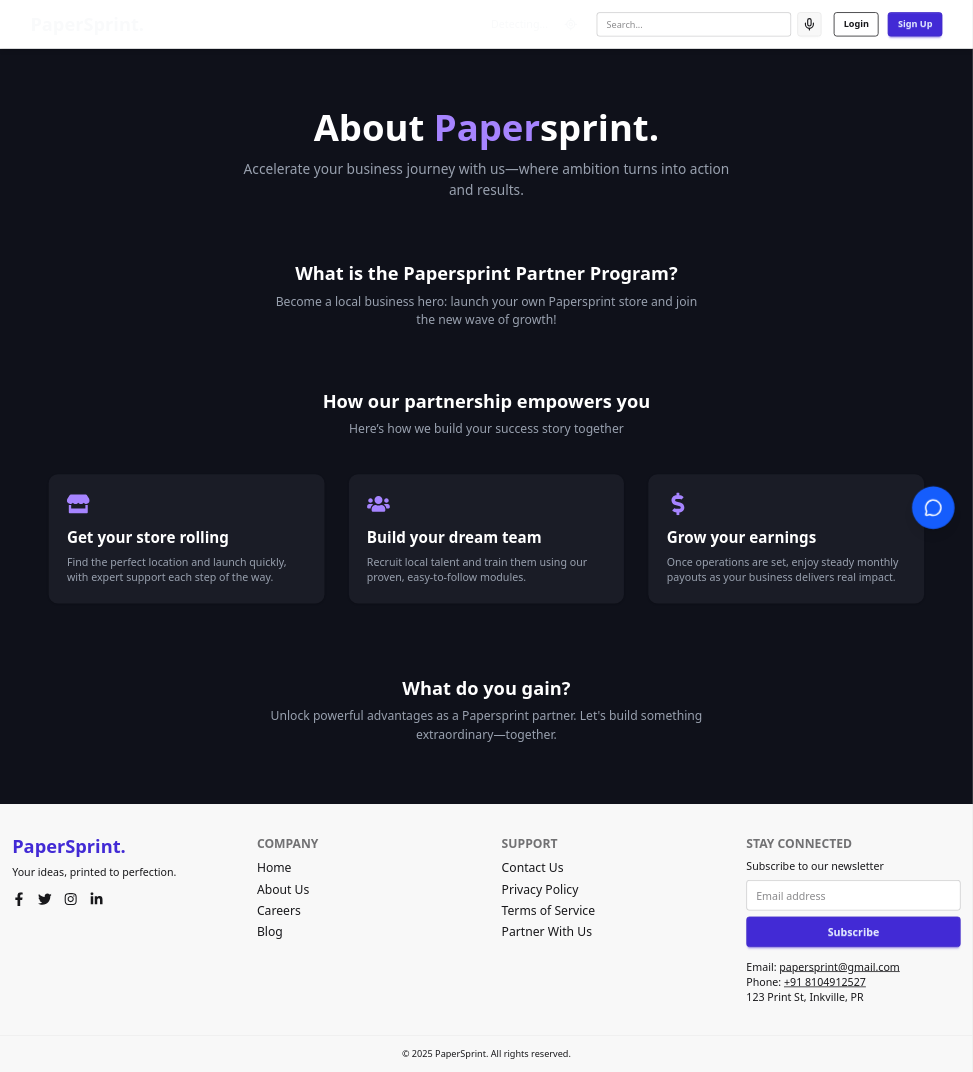
Repository: rakheOmar/print-sprint-2.0
Page: /about-us (app in client/)
The author's editor kept a copy of each file at every save. The page is drawn from the files as they stood at one save, then again after the next save.
The browser window is 1280 px wide. The pictures show the whole page, at 76% of full size.
The page's requests for data from a server got no answer. The project was rebuilt for these pictures with package versions that can differ from the ones it lists, and the page was loaded fresh each time. Some packages were replaced by stand-ins written for this rebuild. No one was signed in, and anything a server would have sent is missing. Also part of the build but not shown: client/vite.config.js, client/src/components/LoginPage.jsx, client/src/components/SignUpPage.jsx, client/src/components/AuthModal.jsx, client/src/components/PartnerWithUs.jsx, client/src/components/DocumentSubmit.jsx, client/src/components/PaymentButton.jsx, client/src/components/Cart.jsx and 5 more.

Above is the page before, as saved 2025-07-25 01:54:30.

### client/src/main.jsx
import { StrictMode } from 'react'
import { createRoot } from 'react-dom/client'
import { AuthProvider } from './context/AuthContext.jsx'
import './index.css'
import App from './App.jsx'
import ChatBotWidget from './components/ChatBotWidget';
import { BrowserRouter } from 'react-router-dom'
import 'leaflet/dist/leaflet.css';

createRoot(document.getElementById('root')).render(
  <StrictMode>
    <BrowserRouter>
      <AuthProvider>
        <App />
        <ChatBotWidget />
      </AuthProvider>
    </BrowserRouter>
  </StrictMode>,
)

### client/src/context/AuthContext.jsx
import { createContext, useContext, useEffect, useState } from "react";

export const AuthContext = createContext();

export const AuthProvider = ({ children }) => {
  const [user, setUser] = useState(null);

  const loadUserFromToken = async () => {
    const token = localStorage.getItem("token");
    if (!token) return;

    try {
      const res = await fetch(`${import.meta.env.VITE_API_BASE_URL}/users/current-user`, {
        headers: {
          Authorization: `Bearer ${token}`,
        },
      });

      const data = await res.json();
      if (data.success) {
        setUser(data.data);
      }
    } catch (err) {
      console.error("Failed to load user", err);
    }
  };

  useEffect(() => {
    loadUserFromToken();
  }, []);

  // ✅ Logout helper
  const logout = () => {
    localStorage.removeItem("token");
    setUser(null);
  };

  return (
    <AuthContext.Provider value={{ user, setUser, logout }}>
      {children}
    </AuthContext.Provider>
  );
};

// ✅ Custom hook
export const useAuth = () => useContext(AuthContext);

### client/src/index.css
@import "tailwindcss";
@plugin "daisyui";

body, html, #root {
  margin: 0;
  padding: 0;
  width: 100%;
  height: 100%;
}

.typing-text {
  display: inline-block;
  overflow: hidden;
  white-space: nowrap;
  vertical-align: baseline;
  animation: typing 2s steps(24, end) forwards;
  max-width: 23ch;
}

@keyframes typing {
  from {
    width: 0;
    opacity: 0;
  }
  to {
    width: 100%;
    opacity: 1;
  }
}

@keyframes fadeInDown {
  from {
    opacity: 0;
    transform: translateY(-20px);
  }
  to {
    opacity: 1;
    transform: translateY(0);
  }
}

### client/src/App.jsx
import React from 'react';
import { Routes, Route, useLocation } from 'react-router-dom';

import Navbar from './components/Navbar.jsx';
import PartnerWithUsPage from './components/PartnerWithUs.jsx';
import PrintingPage from './components/DocumentSubmit.jsx';
import CartPage from './components/Cart.jsx';
import HeroSection from './components/Herosection.jsx';
import Card from './components/Card.jsx';
import Footer from './components/Footer.jsx';
import UserDashboard from './components/OrderDashboard.jsx';
import CourierDashboard from './components/CourierDashboard.jsx';
import ProfilePage from './components/Profile.jsx';
import PaymentButton from './components/PaymentButton.jsx';
import AboutUs from './components/AboutUs.jsx';


import './App.css';

const App = () => {
  const location = useLocation();
  const noNavbarPaths = ['/signup'];
  const shouldShowNavbar = !noNavbarPaths.includes(location.pathname);

  return (
    <div className="flex flex-col min-h-screen">
      {shouldShowNavbar && <Navbar />}

      <main className="flex-grow">
        <Routes>
          <Route path="/" element={<><HeroSection /><Card /></>} />
          <Route path="/print-section" element={<PrintingPage />} />
          <Route path="/cart" element={<CartPage />} />
          <Route path="/partner-with-us" element={<PartnerWithUsPage />} />
          <Route path="/order-dashboard" element={<UserDashboard />} />
          <Route path="/profile" element={<ProfilePage />} />
          <Route path="/payment" element={<PaymentButton amount={199} />} />
          <Route path="/courier-dashboard" element={<><Navbar /><CourierDashboard /><Footer /></>} />
          <Route path="/about-us" element={<AboutUs />} />
        </Routes>
      </main>

      <Footer />
    </div>
  );
};

export default App;

### client/src/components/Footer.jsx
import React, { useRef, useState } from "react";
import { FaFacebookF, FaTwitter, FaInstagram, FaLinkedinIn } from "react-icons/fa";
import emailjs from "emailjs-com";

const Footer = () => {
  const currentYear = new Date().getFullYear();
  const form = useRef();
  const [success, setSuccess] = useState(false);

  const sendEmail = (e) => {
    e.preventDefault();

    emailjs.sendForm(
      'YOUR_SERVICE_ID',     // e.g. 'service_xxxxxx'
      'template_xj6aa4b',    // e.g. 'template_abc123'
      form.current,
      'YOUR_PUBLIC_KEY'      // e.g. 'n4ZsxxxxxxxAbCdE'
    ).then(
      (result) => {
        console.log(result.text);
        setSuccess(true);
        form.current.reset();
      },
      (error) => {
        console.error(error.text);
        setSuccess(false);
      }
    );
  };

  return (
    <footer className="bg-base-200 text-base-content">
      <div className="max-w-7xl mx-auto px-4 py-10 grid grid-cols-1 md:grid-cols-4 gap-10">

        {/* Brand + Social */}
        <div>
          <h2 className="text-2xl font-bold text-primary">PaperSprint.</h2>
          <p className="mt-2 text-sm">Your ideas, printed to perfection.</p>
          <div className="flex space-x-4 mt-4 text-lg">
            <a href="https://facebook.com" target="_blank" rel="noreferrer" aria-label="Facebook"><FaFacebookF /></a>
            <a href="https://twitter.com" target="_blank" rel="noreferrer" aria-label="Twitter"><FaTwitter /></a>
            <a href="https://instagram.com" target="_blank" rel="noreferrer" aria-label="Instagram"><FaInstagram /></a>
            <a href="https://linkedin.com" target="_blank" rel="noreferrer" aria-label="LinkedIn"><FaLinkedinIn /></a>
          </div>
        </div>

        {/* Company Links */}
        <div>
          <h3 className="footer-title">Company</h3>
          <ul className="space-y-1">
            <li><a className="link link-hover" href="/">Home</a></li>
            <li><a className="link link-hover" href="/about-us">About Us</a></li>
            <li><a className="link link-hover" href="/careers">Careers</a></li>
            <li><a className="link link-hover" href="/blog">Blog</a></li>
          </ul>
        </div>

        {/* Support Links */}
        <div>
          <h3 className="footer-title">Support</h3>
          <ul className="space-y-1">
            <li><a className="link link-hover" href="/contact">Contact Us</a></li>
            <li><a className="link link-hover" href="/privacy-policy">Privacy Policy</a></li>
            <li><a className="link link-hover" href="/terms-of-service">Terms of Service</a></li>
            <li><a className="link link-hover" href="/partner-with-us">Partner With Us</a></li>
          </ul>
        </div>

        {/* Newsletter Form */}
        <div>
          <h3 className="footer-title">Stay Connected</h3>
          <p className="text-sm mb-2">Subscribe to our newsletter</p>
          <form ref={form} onSubmit={sendEmail} className="form-control">
            <input type="email" name="user_email" placeholder="Email address" className="input input-bordered mb-2" required />
            <button type="submit" className="btn btn-primary w-full">Subscribe</button>
          </form>
          {success && <p className="text-green-400 text-sm mt-2">Thank you for subscribing!</p>}
          <div className="mt-4 text-sm">
            <p>Email: <a href="mailto:papersprint@gmail.com" className="link">papersprint@gmail.com</a></p>
            <p>Phone: <a href="tel:+918104912527" className="link">+91 8104912527</a></p>
            <p>123 Print St, Inkville, PR</p>
          </div>
        </div>
      </div>

      {/* Footer Bottom */}
      <div className="text-center text-xs py-4 border-t border-base-300">
        © {currentYear} PaperSprint. All rights reserved.
      </div>
    </footer>
  );
};

export default Footer;

### client/src/components/AboutUs.jsx
import React from 'react';
import { FaStore, FaUsers, FaDollarSign } from 'react-icons/fa';

const AboutUs = () => {
  return (
    <div className="bg-[#0f111a] text-white min-h-screen px-6 py-20">
      <div className="max-w-6xl mx-auto text-center">

        {/* Heading */}
        <h1 className="text-4xl md:text-5xl font-bold">
          About <span className="text-violet-400">Paper</span><span className="text-white">sprint.</span>
        </h1>
        <p className="text-gray-400 mt-4 text-lg max-w-2xl mx-auto">
          Accelerate your business journey with us—where ambition turns into action and results.
        </p>

        {/* Section 1 */}
        <div className="mt-20">
          <h2 className="text-2xl font-semibold">What is the Papersprint Partner Program?</h2>
          <p className="mt-2 text-gray-400 max-w-xl mx-auto">
            Become a local business hero: launch your own Papersprint store and join the new wave of growth!
          </p>
        </div>

        {/* Section 2: Benefits */}
        <div className="mt-20">
          <h2 className="text-2xl font-semibold">How our partnership empowers you</h2>
          <p className="mt-2 text-gray-400">Here’s how we build your success story together</p>

          <div className="grid grid-cols-1 md:grid-cols-3 gap-8 mt-12 text-left">
            {/* Card 1 */}
            <div className="bg-[#1a1c26] p-6 rounded-xl shadow hover:shadow-violet-500/30 transition-all">
              <FaStore className="text-violet-400 text-3xl mb-4" />
              <h3 className="text-xl font-semibold">Get your store rolling</h3>
              <p className="text-gray-400 mt-2 text-sm">
                Find the perfect location and launch quickly, with expert support each step of the way.
              </p>
            </div>

            {/* Card 2 */}
            <div className="bg-[#1a1c26] p-6 rounded-xl shadow hover:shadow-violet-500/30 transition-all">
              <FaUsers className="text-violet-400 text-3xl mb-4" />
              <h3 className="text-xl font-semibold">Build your dream team</h3>
              <p className="text-gray-400 mt-2 text-sm">
                Recruit local talent and train them using our proven, easy-to-follow modules.
              </p>
            </div>

            {/* Card 3 */}
            <div className="bg-[#1a1c26] p-6 rounded-xl shadow hover:shadow-violet-500/30 transition-all">
              <FaDollarSign className="text-violet-400 text-3xl mb-4" />
              <h3 className="text-xl font-semibold">Grow your earnings</h3>
              <p className="text-gray-400 mt-2 text-sm">
                Once operations are set, enjoy steady monthly payouts as your business delivers real impact.
              </p>
            </div>
          </div>
        </div>

        {/* Section 3: Call to action */}
        <div className="mt-24">
          <h2 className="text-2xl font-semibold">What do you gain?</h2>
          <p className="text-gray-400 mt-2 max-w-xl mx-auto">
            Unlock powerful advantages as a Papersprint partner. Let's build something extraordinary—together.
          </p>
        </div>

      </div>
    </div>
  );
};

export default AboutUs;

### client/src/App.css
@import "tailwindcss";
@plugin "daisyui";

body, html, #root {
  margin: 0;
  padding: 0;
  width: 100%;
  height: 100%;
}

Loaded but not shown: client/index.html (common file); client/src/components/Navbar.jsx (209 lines, source omitted); client/src/components/ChatBotWidget.jsx (175 lines, source omitted)

After the next save:
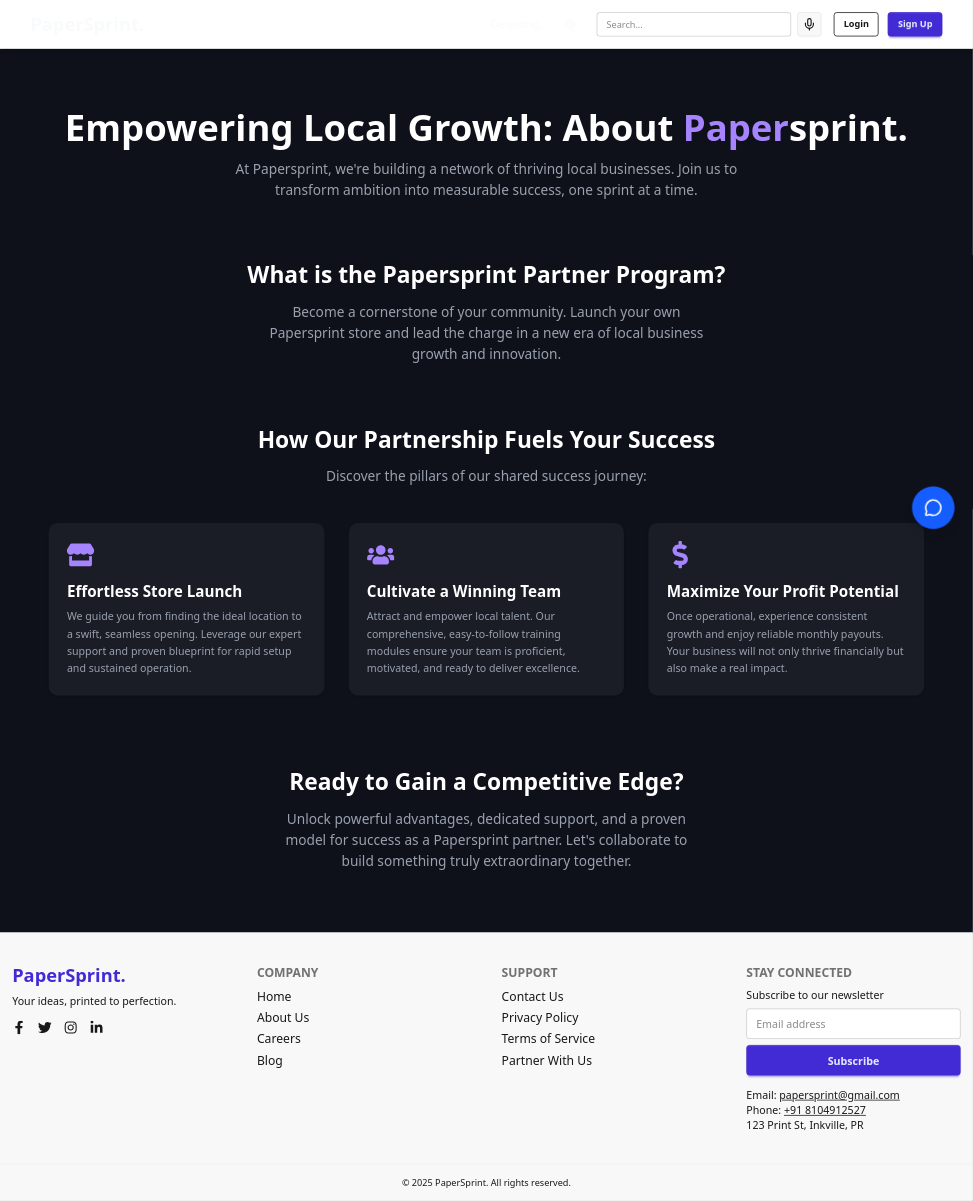
Saved 50 s later.
--- a/client/src/components/AboutUs.jsx
+++ b/client/src/components/AboutUs.jsx
@@ -8,50 +8,50 @@ const AboutUs = () => {
 
         {/* Heading */}
         <h1 className="text-4xl md:text-5xl font-bold">
-          About <span className="text-violet-400">Paper</span><span className="text-white">sprint.</span>
+          Empowering Local Growth: About <span className="text-violet-400">Paper</span><span className="text-white">sprint.</span>
         </h1>
         <p className="text-gray-400 mt-4 text-lg max-w-2xl mx-auto">
-          Accelerate your business journey with us—where ambition turns into action and results.
+          At Papersprint, we're building a network of thriving local businesses. Join us to transform ambition into measurable success, one sprint at a time.
         </p>
 
         {/* Section 1 */}
         <div className="mt-20">
-          <h2 className="text-2xl font-semibold">What is the Papersprint Partner Program?</h2>
-          <p className="mt-2 text-gray-400 max-w-xl mx-auto">
-            Become a local business hero: launch your own Papersprint store and join the new wave of growth!
+          <h2 className="text-3xl font-bold">What is the Papersprint Partner Program?</h2>
+          <p className="mt-4 text-gray-400 max-w-xl mx-auto text-lg">
+            Become a cornerstone of your community. Launch your own Papersprint store and lead the charge in a new era of local business growth and innovation.
           </p>
         </div>
 
         {/* Section 2: Benefits */}
         <div className="mt-20">
-          <h2 className="text-2xl font-semibold">How our partnership empowers you</h2>
-          <p className="mt-2 text-gray-400">Here’s how we build your success story together</p>
+          <h2 className="text-3xl font-bold">How Our Partnership Fuels Your Success</h2>
+          <p className="mt-4 text-gray-400 text-lg">Discover the pillars of our shared success journey:</p>
 
           <div className="grid grid-cols-1 md:grid-cols-3 gap-8 mt-12 text-left">
             {/* Card 1 */}
-            <div className="bg-[#1a1c26] p-6 rounded-xl shadow hover:shadow-violet-500/30 transition-all">
-              <FaStore className="text-violet-400 text-3xl mb-4" />
-              <h3 className="text-xl font-semibold">Get your store rolling</h3>
-              <p className="text-gray-400 mt-2 text-sm">
-                Find the perfect location and launch quickly, with expert support each step of the way.
+            <div className="bg-[#1a1c26] p-6 rounded-xl shadow hover:shadow-violet-500/30 transition-all duration-300">
+              <FaStore className="text-violet-400 text-4xl mb-4" /> {/* Slightly larger icon */}
+              <h3 className="text-xl font-semibold mb-2">Effortless Store Launch</h3>
+              <p className="text-gray-400 text-sm leading-relaxed">
+                We guide you from finding the ideal location to a swift, seamless opening. Leverage our expert support and proven blueprint for rapid setup and sustained operation.
               </p>
             </div>
 
             {/* Card 2 */}
-            <div className="bg-[#1a1c26] p-6 rounded-xl shadow hover:shadow-violet-500/30 transition-all">
-              <FaUsers className="text-violet-400 text-3xl mb-4" />
-              <h3 className="text-xl font-semibold">Build your dream team</h3>
-              <p className="text-gray-400 mt-2 text-sm">
-                Recruit local talent and train them using our proven, easy-to-follow modules.
+            <div className="bg-[#1a1c26] p-6 rounded-xl shadow hover:shadow-violet-500/30 transition-all duration-300">
+              <FaUsers className="text-violet-400 text-4xl mb-4" /> {/* Slightly larger icon */}
+              <h3 className="text-xl font-semibold mb-2">Cultivate a Winning Team</h3>
+              <p className="text-gray-400 text-sm leading-relaxed">
+                Attract and empower local talent. Our comprehensive, easy-to-follow training modules ensure your team is proficient, motivated, and ready to deliver excellence.
               </p>
             </div>
 
             {/* Card 3 */}
-            <div className="bg-[#1a1c26] p-6 rounded-xl shadow hover:shadow-violet-500/30 transition-all">
-              <FaDollarSign className="text-violet-400 text-3xl mb-4" />
-              <h3 className="text-xl font-semibold">Grow your earnings</h3>
-              <p className="text-gray-400 mt-2 text-sm">
-                Once operations are set, enjoy steady monthly payouts as your business delivers real impact.
+            <div className="bg-[#1a1c26] p-6 rounded-xl shadow hover:shadow-violet-500/30 transition-all duration-300">
+              <FaDollarSign className="text-violet-400 text-4xl mb-4" /> {/* Slightly larger icon */}
+              <h3 className="text-xl font-semibold mb-2">Maximize Your Profit Potential</h3>
+              <p className="text-gray-400 text-sm leading-relaxed">
+                Once operational, experience consistent growth and enjoy reliable monthly payouts. Your business will not only thrive financially but also make a real impact.
               </p>
             </div>
           </div>
@@ -59,10 +59,14 @@ const AboutUs = () => {
 
         {/* Section 3: Call to action */}
         <div className="mt-24">
-          <h2 className="text-2xl font-semibold">What do you gain?</h2>
-          <p className="text-gray-400 mt-2 max-w-xl mx-auto">
-            Unlock powerful advantages as a Papersprint partner. Let's build something extraordinary—together.
+          <h2 className="text-3xl font-bold">Ready to Gain a Competitive Edge?</h2>
+          <p className="text-gray-400 mt-4 max-w-xl mx-auto text-lg">
+            Unlock powerful advantages, dedicated support, and a proven model for success as a Papersprint partner. Let's collaborate to build something truly extraordinary together.
           </p>
+          {/* Optional: Add a call-to-action button here if this is a standalone "About Us" */}
+          {/* <button className="mt-8 bg-violet-600 hover:bg-violet-700 text-white font-bold py-3 px-8 rounded-lg shadow-lg transition-all duration-300">
+            Join Our Partner Program
+          </button> */}
         </div>
 
       </div>
